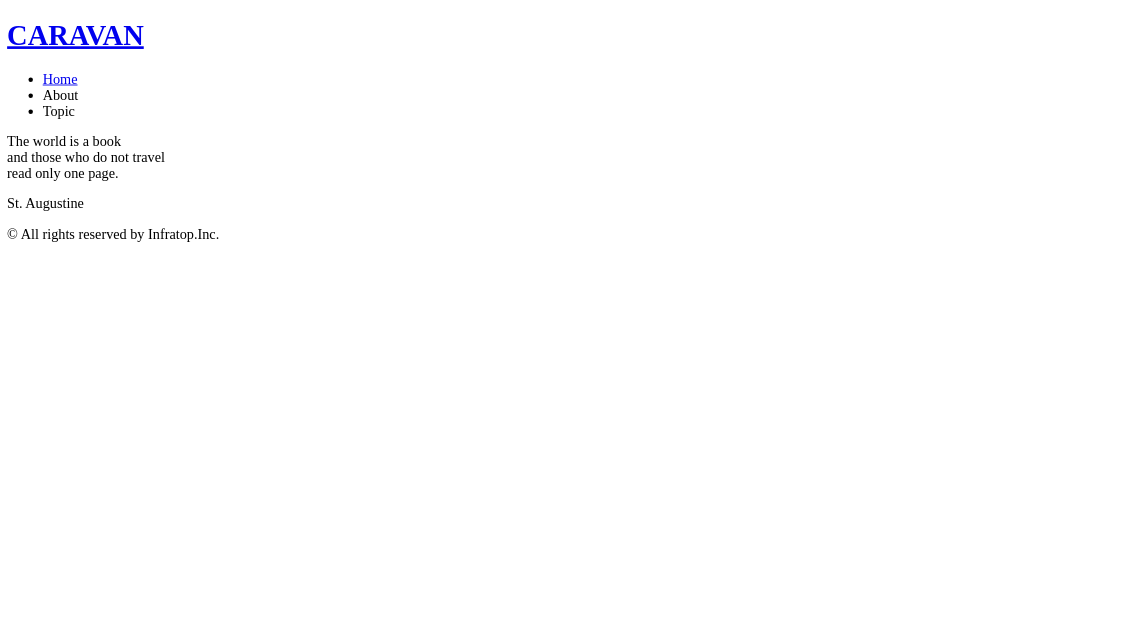
Repository: Yuya0829/Re_Study
Page: caravan/index.html
The author's editor kept a record of every edit. The page is drawn from the files as they stood at one moment, then again after the next edit.
The browser window is 1280 px wide. The pictures show the whole page, at 89% of full size.

Above is the page before.

After the next edit:
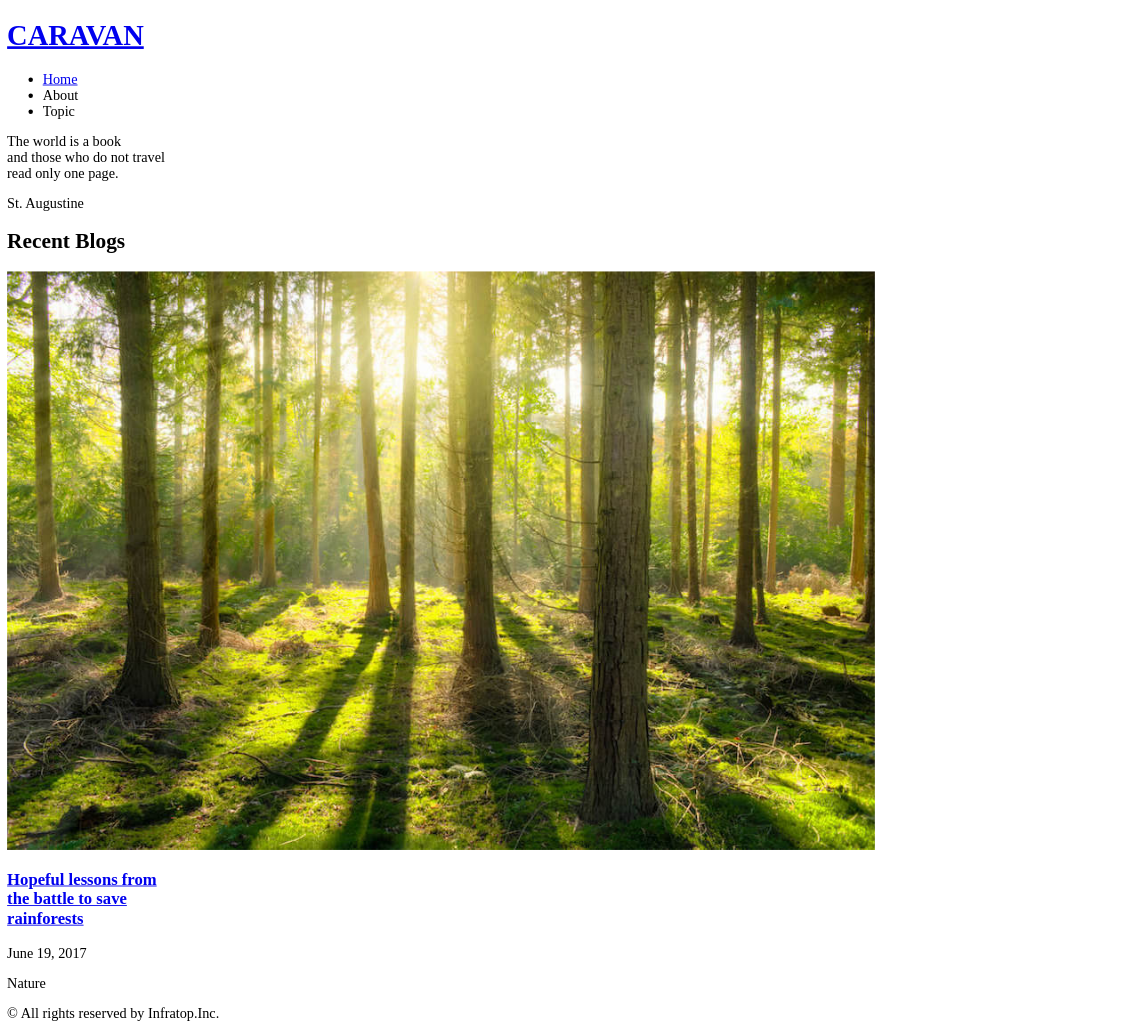
The edit:
--- a/caravan/index.html
+++ b/caravan/index.html
@@ -43,10 +43,26 @@
     </div>
 
      <!-- main用のdiv -->
-    <div class="main">
-      <div class="blog"></div>
+    <main>
+      <section class="blog">
+        <h2 class="blog-heading">Recent Blogs</h2>
+        <div class="blog-item">
+          <img class="blog-image" src="img/forest.jpg">
+          <section class="blog-text">
+            <h3>
+              <a href="single.html">
+                Hopeful lessons from<br>
+                the battle to save<br>
+                rainforests
+              </a>
+            </h3>
+            <p>June 19, 2017</p>
+            <span class="category">Nature</span>
+          </section>
+        </div>
+      </section>
       <div class="sidebar"></div>
-    </div>
+    </main>
 
      <!-- footer -->
     <footer>
